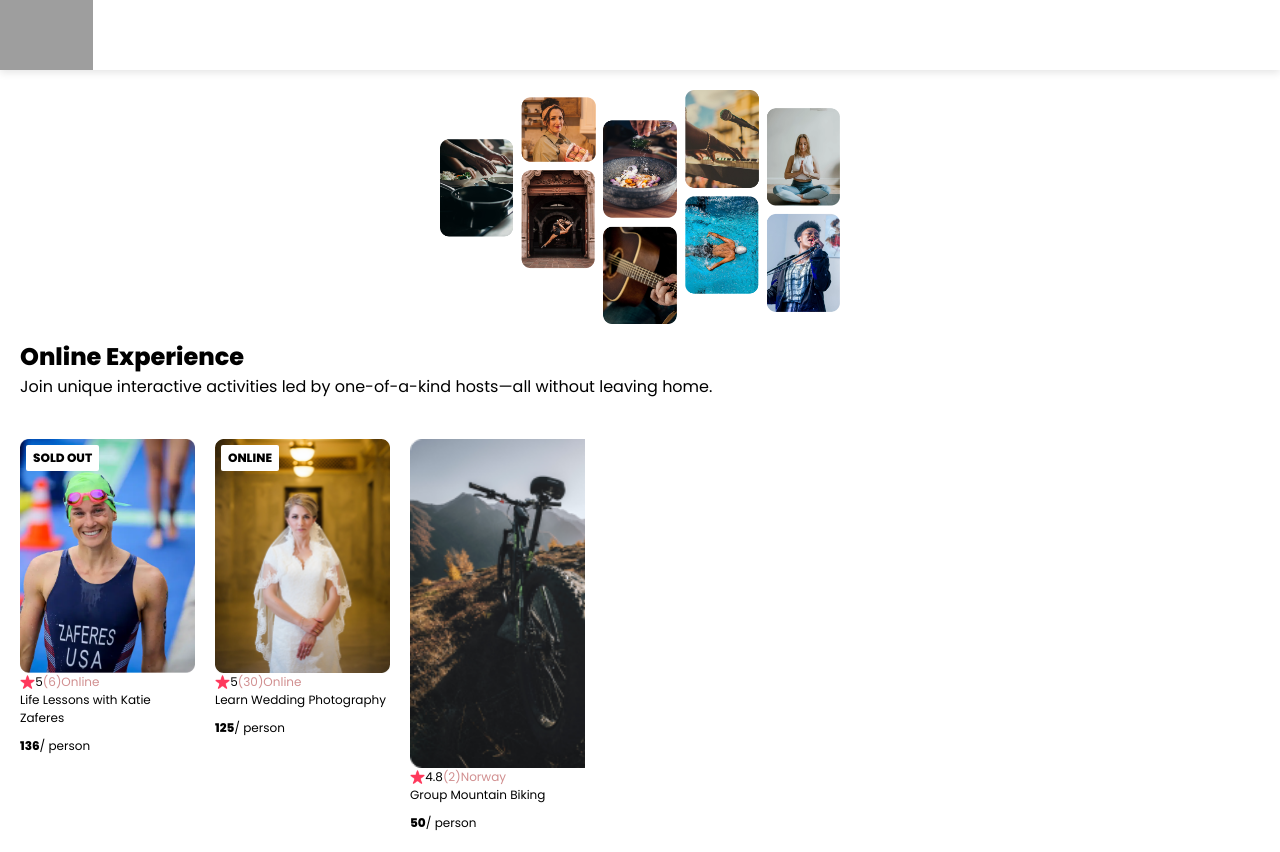
Repository: Richswag009/my-travel-journal
Page: /
These files come from the project's save history. The page is drawn as it stood at one moment and after the next save; the edit follows.
The browser window is 1280 px wide. The pictures show the whole page.
Pictures or frames that could not be fetched are drawn as grey boxes. Some web fonts or font styles are not loaded; a fallback is used. The project was rebuilt for these pictures with package versions that can differ from the ones it lists, and the page was loaded fresh each time.

Above is the page before, as saved 2022-06-17 22:34:12.

After the next save:
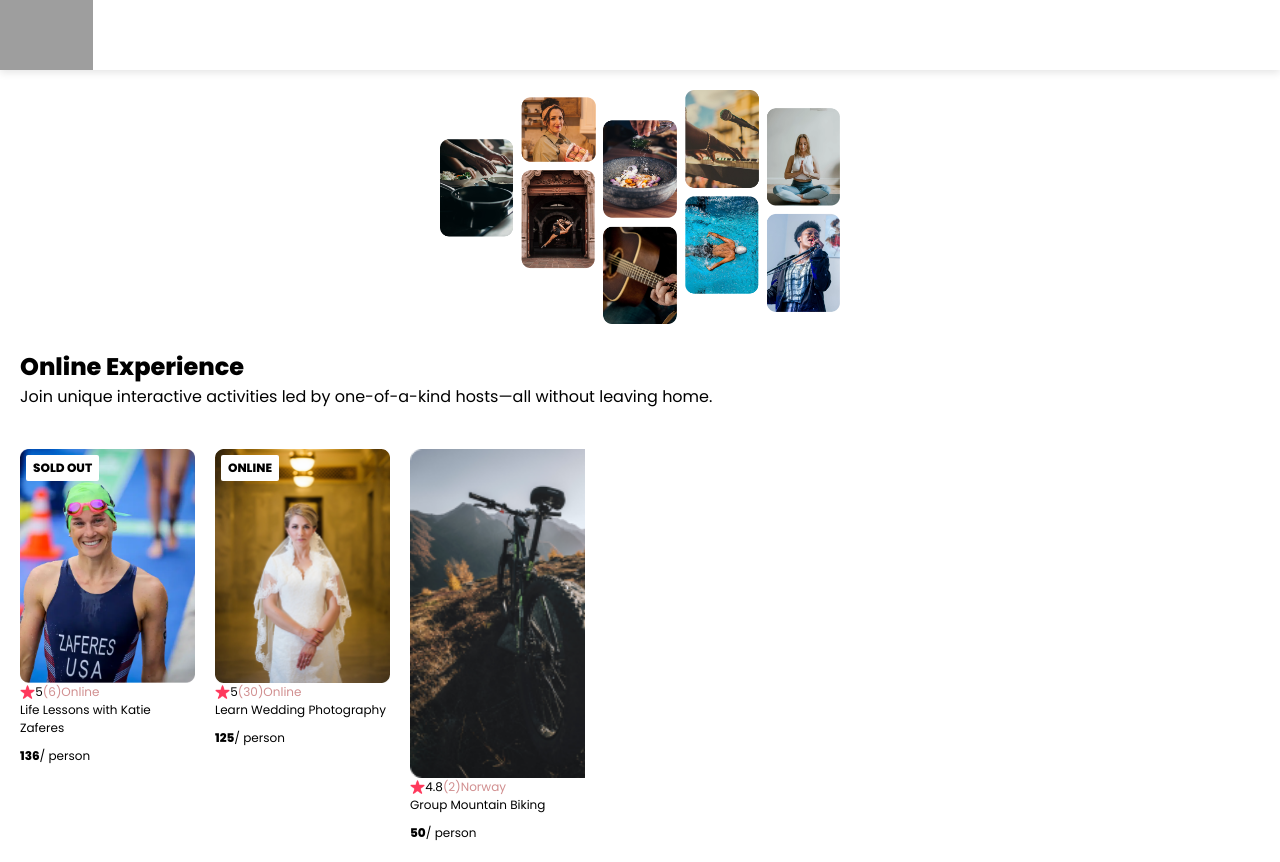
Saved 9 s later.
--- a/src/App.css
+++ b/src/App.css
@@ -25,7 +25,7 @@ flex-direction: column;
     max-width: 400px;
     align-self: center;
 }.hero h1{
-margin-top: 15px ;
+margin-top: 25px ;
 }
 .hero>p{
     margin-top: 0;
